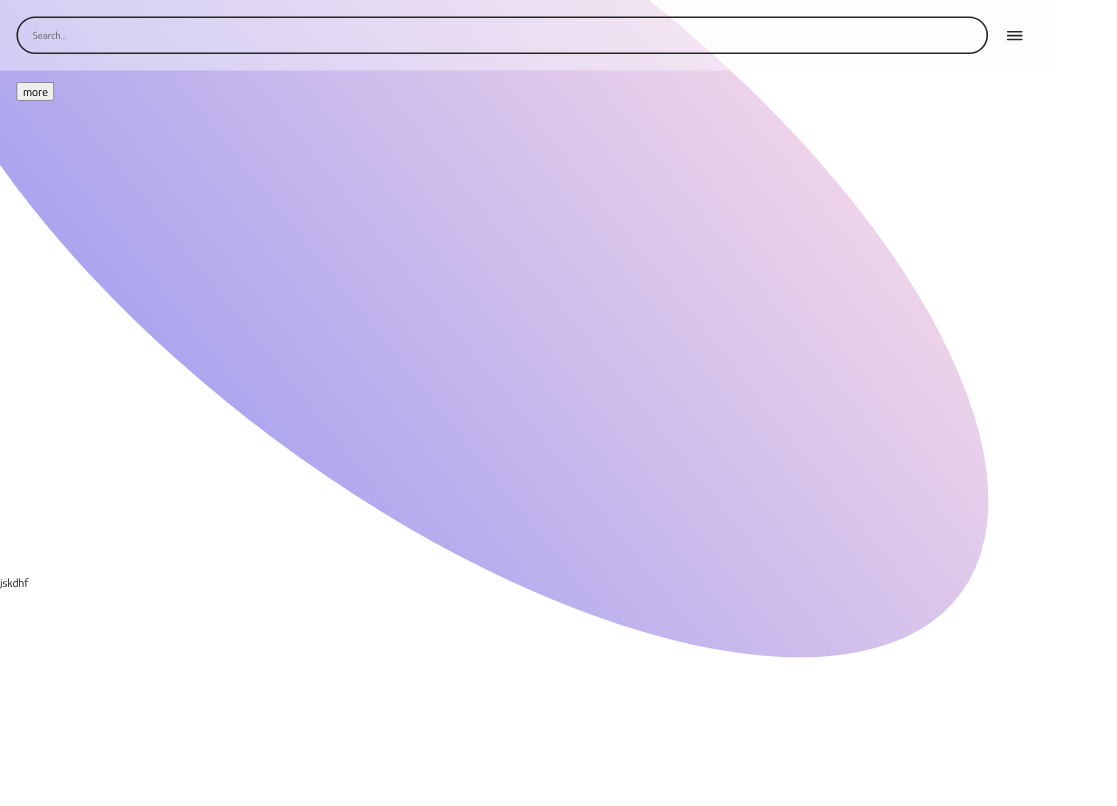
Repository: Axeliriya/my-test
Page: /
These files come from the project's save history. The page is drawn as it stood at one moment and after the next save; the edit follows.
The browser window is 1280 px wide. The page is 1362 px wide, so the pictures cover 1362 px, including what lies to the right of the window. The pictures show the whole page, at 82% of full size.
The page's requests for data from a server got no answer. The project was rebuilt for these pictures with package versions that can differ from the ones it lists, and the page was loaded fresh each time. No one was signed in, and anything a server would have sent is missing. Also part of the build but not shown: src/components/ProductList/ProductList.tsx, src/components/ProductItem/ProductItem.tsx.

Above is the page before, as saved 2022-04-05 15:48:37.

### public/index.html
<!DOCTYPE html>
<html lang="en">
  <head>
    <meta charset="utf-8" />
    <link rel="icon" href="%PUBLIC_URL%/favicon.ico" />
    <meta name="viewport" content="width=device-width, initial-scale=1" />
    <meta name="theme-color" content="#9796F0" />
    <title>React App</title>
  </head>
  <body>
    <div id="root"></div>
  </body>
</html>

### src/index.tsx
import { createRoot } from 'react-dom/client';
import { App } from './components';
import './assets/styles/main.scss';

const root = createRoot(document.getElementById('root') as HTMLDivElement);
root.render(<App />);

### src/components/index.ts
export * from './App/App';
export * from './Layout/Layout';
export * from './Header/Header';
export * from './Button/Button';
export * from './Input/Input';
export * from './ProductList/ProductList';
export * from './ProductItem/ProductItem';
export * from './Main/Main';

### src/assets/styles/main.scss
@import './base/normalize';
@import './base/fonts';
@import './utils/variables';
@import './utils/mixins';
@import './utils/placeholder';
@import './base/body';

### src/components/App/App.tsx
import { useEffect, useState } from 'react';
import { Layout, ProductList } from '..';
import { ProductModel } from '../../interfaces/product.interface';
import { getProducts } from '../../services/api-service';
import styles from './App.module.scss';
// import { AppProps } from './App.props';

export const App = (): JSX.Element => {
  return (
    <div className={styles.app}>
      <Layout />
    </div>
  );
};

### src/components/Layout/Layout.tsx
import { Header, Input, Main } from '..';
import styles from './Layout.module.scss';
import { LayoutProps } from './Layout.props';

export const Layout = ({ children }: LayoutProps): JSX.Element => {
  return (
    <div className={styles.layout}>
      <Header>
        <Input placeholder="Search..." />
      </Header>
      <Main />
      <footer className={styles.main}>jskdhf</footer>
    </div>
  );
};

### src/components/Header/Header.tsx
/* eslint-disable no-constant-condition */
import styles from './Header.module.scss';
import { HeaderProps } from './Header.props';
import { ReactComponent as Burger } from './burger.svg';
import { ReactComponent as Search } from './search.svg';
import { Button } from '..';

export const Header = ({ children, ...props }: HeaderProps): JSX.Element => {
  return (
    <header className={styles.header} {...props}>
      <div className={styles.wrapper}>
        {false ? (
          <>
            <a className={styles.logo} href="/">
              Сlothes
            </a>
            <Button>
              <Search />
            </Button>
          </>
        ) : (
          <div className={styles.input}>{children}</div>
        )}
      </div>
      <Button>
        <Burger />
      </Button>
    </header>
  );
};

### src/components/Button/Button.tsx
import styles from './Button.module.scss';
import { ButtonProps } from './Button.props';
import cn from 'classnames';

export const Button = ({
  appearance,
  children,
  className,
  ...props
}: ButtonProps) => {
  return (
    <button
      className={cn(styles.button, className, {
        [styles.primary]: appearance === 'primary',
        [styles.green]: appearance === 'green',
        [styles.ghost]: appearance === 'ghost',
      })}
      {...props}
    >
      {children}
    </button>
  );
};

### src/components/Input/Input.tsx
import styles from './Input.module.scss';
import { InputProps } from './Input.props';
import cn from 'classnames';

export const Input = ({ className, ...props }: InputProps): JSX.Element => {
  return <input className={cn(styles.input, className)} {...props} />;
};

### src/components/Main/Main.tsx
import { useEffect, useState } from 'react';
import { ProductList } from '..';
import { ProductModel } from '../../interfaces/product.interface';
import { getProducts } from '../../services/api-service';
import styles from './Main.module.scss';

export const Main = (): JSX.Element => {
  const [products, setProducts] = useState<ProductModel[]>();
  const [fullList, setFullist] = useState<ProductModel[]>();
  const [page, setPage] = useState<number>(1);

  useEffect(() => {
    const fetch = async () => {
      const { data } = await getProducts();
      setFullist(data?.data?.products);

      const productList = getListByPage(page, data?.data?.products);

      setProducts(productList);
    };
    fetch();
  }, [page]);

  function getListByPage(pageNumber: number, fullList: ProductModel[]) {
    if (pageNumber < 1) return [];

    const itemsPerPage = 10;
    const start = (pageNumber - 1) * itemsPerPage;
    const end = start + itemsPerPage;
    return fullList.slice(start, end);
  }

  const onClickPage = (nextPage: number) => {
    setPage((nextPage += 1));
    fullList && getListByPage(page, fullList);
  };
  return (
    <main className={styles.main}>
      {products && <ProductList products={products} />}
      {/* <ul>
    {products?.map(product => (
      <li key={product.name}>{product.name}</li>
    ))}
  </ul> */}
      <button onClick={() => onClickPage(page)}>more</button>
      <div className={styles.bg} />
    </main>
  );
};

### src/assets/styles/base/_fonts.scss
@font-face {
  font-family: 'Glory';
  font-style: normal;
  font-weight: 400;
  src: url('../../fonts/glory-regular.woff2') format('woff2'),
    url('../../fonts/glory-regular.ttf') format('ttf');
}

@font-face {
  font-family: 'Glory';
  font-style: normal;
  font-weight: 500;
  src: url('../../fonts/glory-medium.woff2') format('woff2'),
    url('../../fonts/glory-medium.ttf') format('ttf');
}

@font-face {
  font-family: 'Glory';
  font-style: normal;
  font-weight: 600;
  src: url('../../fonts/glory-semibold.woff2') format('woff2'),
    url('../../fonts/glory-semibold.ttf') format('ttf');
}

@font-face {
  font-family: 'Glory';
  font-style: normal;
  font-weight: 700;
  src: url('../../fonts/glory-bold.woff2') format('woff2'),
    url('../../fonts/glory-bold.ttf') format('ttf');
}

### src/assets/styles/utils/_variables.scss
$primary-color: #ffffff;
$primary-text-color: #272525;
$alternate-bg-color: #eef1f6;
$secondery-text-color: #454747;
$secondery-color: #3c336c;
$accent-color: #309f85;
$light-color: #c4c4c4;
$main-gradient: linear-gradient(38.95deg, #9796f0 -10.38%, #ffe0e8 107.56%);

$cubic: 250ms cubic-bezier(0.4, 0, 0.2, 1);

$font: Glory, sans-serif;

### src/assets/styles/utils/_mixins.scss
@mixin font($weight, $size, $line-height: 1.3, $family: $font) {
  font-family: $family;
  font-weight: $weight;
  font-size: $size;
  line-height: $line-height;
}

### src/assets/styles/utils/_placeholder.scss
%link {
  text-decoration: none;
}

%list {
  list-style: none;
  margin: 0;
  padding: 0;
}

%input {
  @include font(500, 13px, 1.4);
  padding: 12px 18px;
  background: transparent;
  color: $primary-text-color;
  border: 2px solid $primary-text-color;
  border-radius: 50px;
}

%btn-icon {
  padding: 10px;
  background-color: transparent;
  border: 1px solid transparent;
  border-radius: 5px;
  cursor: pointer;
  transition: all $cubic;
}

%btn {
  @include font(500, 13px, 1.4);
  color: $primary-color;
  padding: 12px 18px;
  border-radius: 50px;
}

### src/assets/styles/base/_body.scss
img {
  display: block;
  width: 100%;
  height: auto;
}

body {
  margin: 0;
  background-color: $primary-color;
  color: $primary-text-color;
  @include font(400, 15px);
}

code {
  font-family: source-code-pro, Menlo, Monaco, Consolas, 'Courier New',
    monospace;
}

### src/components/App/App.module.scss
// .app {
//   min-height: 100vh;
//   display: grid;
//   grid-template-rows: 1fr;
// }

@media screen and (min-width: 520px) {
  .app {
    grid-template-columns: auto 1fr auto;
  }
}

@media screen and (min-width: 682px) {
  .app {
    grid-template-columns: auto 665px auto;
  }
}

### src/components/Layout/Layout.module.scss
.layout {
  display: grid;
  grid-template-columns: auto 1fr auto;
  grid-template-rows: 1fr auto;
  min-height: 100vh;
}

.footer {
  grid-column: 1 / -1;
}

@media screen and (min-width: 520px) {
  .app {
    grid-template-columns: auto 1fr auto;
  }
}

@media screen and (min-width: 682px) {
  .app {
    grid-template-columns: auto 665px auto;
  }
}

### src/components/Header/Header.module.scss
@import '../../assets/styles/main.scss';

.header {
  position: fixed;
  width: 100%;
  display: flex;
  justify-content: space-between;
  align-items: center;
  background: rgba(250, 251, 253, 0.44);
  padding: 20px;
}

.wrapper {
  width: 100%;
  display: flex;
  justify-content: space-between;
  align-items: center;
  margin-right: 10px;
}

.logo {
  @extend %link;
  font-weight: 700;
  font-size: 36px;
  line-height: 105.5%;
  color: $primary-text-color;
  &:hover {
    color: $secondery-text-color;
  }
}

.input {
  width: 100%;
}

// @media screen and (min-width: 520px) {
//   .app {
//     grid-template-columns: auto 1fr auto;
//   }
// }

// @media screen and (min-width: 682px) {
//   .app {
//     grid-template-columns: auto 665px auto;
//   }
// }

### src/components/Button/Button.module.scss
@import '../../assets/styles/main.scss';

.button {
  @extend %btn-icon;
}

.button svg {
  display: block;
  width: 100%;
  height: auto;
}

.primary,
.green,
.ghost {
  @extend %btn;
  background-color: $secondery-color;
  &:hover {
    padding: 14px 20px;
    box-shadow: 0px 20px 50px rgba(0, 0, 0, 0.1);
    border-radius: 55px;
  }
}

.green {
  background-color: $accent-color;
}

.ghost {
  background-color: $light-color;
}

### src/components/Input/Input.module.scss
@import '../../assets/styles/main.scss';

.input {
  width: 100%;
  @extend %input;
  &:focus {
    border: 1px solid $primary-text-color;
  }
}

### src/components/ProductList/ProductList.module.scss
@import '../../assets/styles/main.scss';

.users {
  display: grid;
  gap: 12px;

  @extend %list;
}

### src/services/api-service.ts
import axios from 'axios';

axios.defaults.baseURL = `https://artisant.io/api`;

export const getProducts = async () => {
  return await axios.get(`/products`);
};

### src/components/Main/Main.module.scss
@import '../../assets/styles/main.scss';

.main {
  padding: 100px 20px 20px 20px;
  grid-column: 1 / -1;
}

.bg {
  position: absolute;
  top: 0;
  left: -100px;
  z-index: -1;
  width: 100%;
  height: 500px;
  background: $main-gradient;
  transform: skew(20deg, 20deg) scale(1, 2);
  border-radius: 50%;
  overflow: hidden;
}

@media screen and (min-width: 520px) {
  // .main {
  //   grid-template-columns: auto 1fr;
  //   grid-template-rows: 1fr;
  //   grid-column: 2 / 3;
  // }
}

Loaded but not shown: src/assets/styles/base/_normalize.scss (common file)

After the next save:
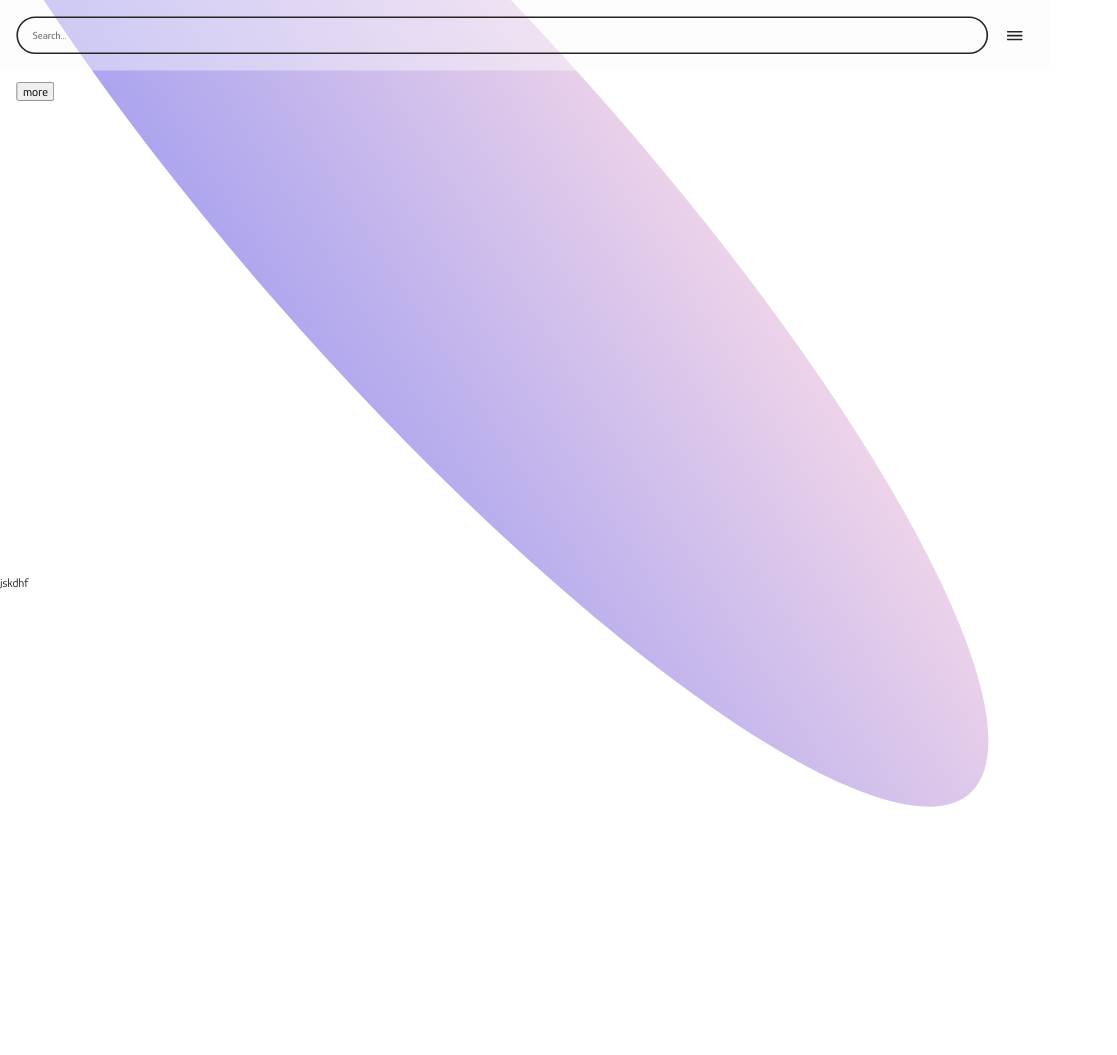
Saved 8 s later.
--- a/src/components/Main/Main.module.scss
+++ b/src/components/Main/Main.module.scss
@@ -13,7 +13,7 @@
   width: 100%;
   height: 500px;
   background: $main-gradient;
-  transform: skew(20deg, 20deg) scale(1, 2);
+  transform: skew(20deg, 40deg) scale(1, 2);
   border-radius: 50%;
   overflow: hidden;
 }
